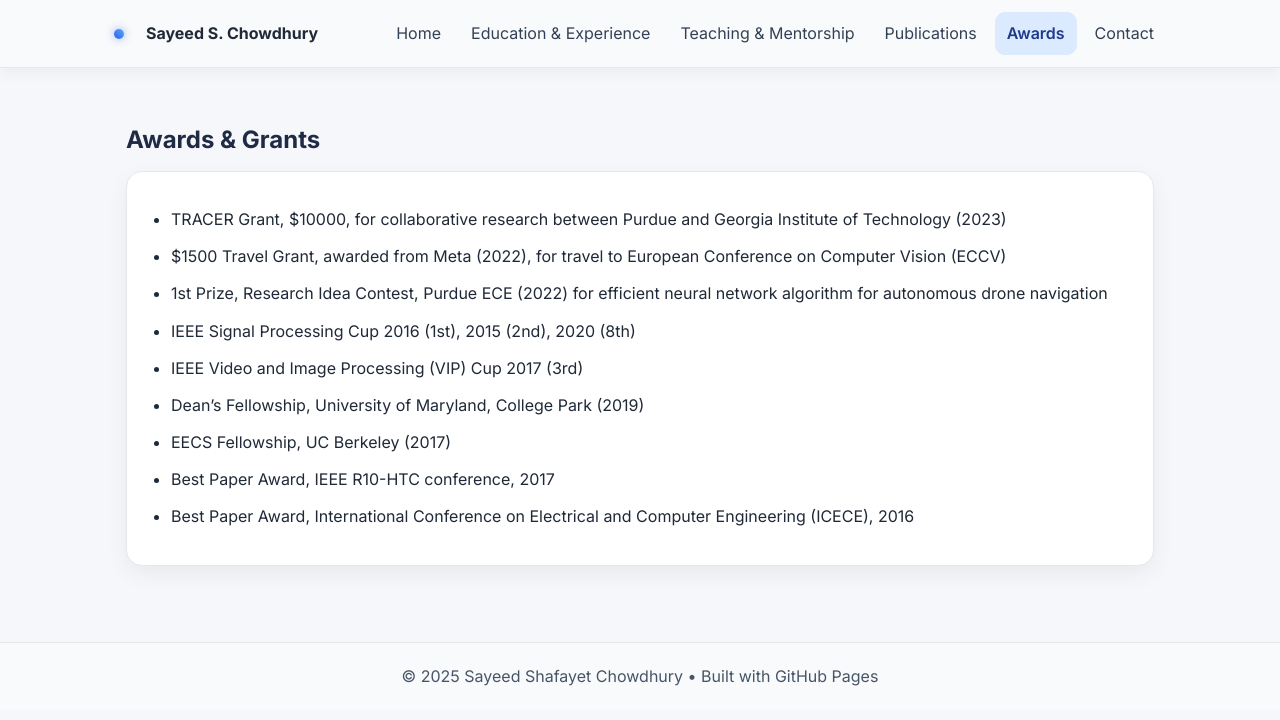
Repository: SayeedChowdhury/SayeedChowdhury.github.io
Page: awards.html
The author's editor kept a copy of each file at every save. The page is drawn from the files as they stood at one save, then again after the next save.
The browser window is 1280 px wide. The pictures show the whole page.

Above is the page before, as saved 2025-08-13 09:59:02.

After the next save:
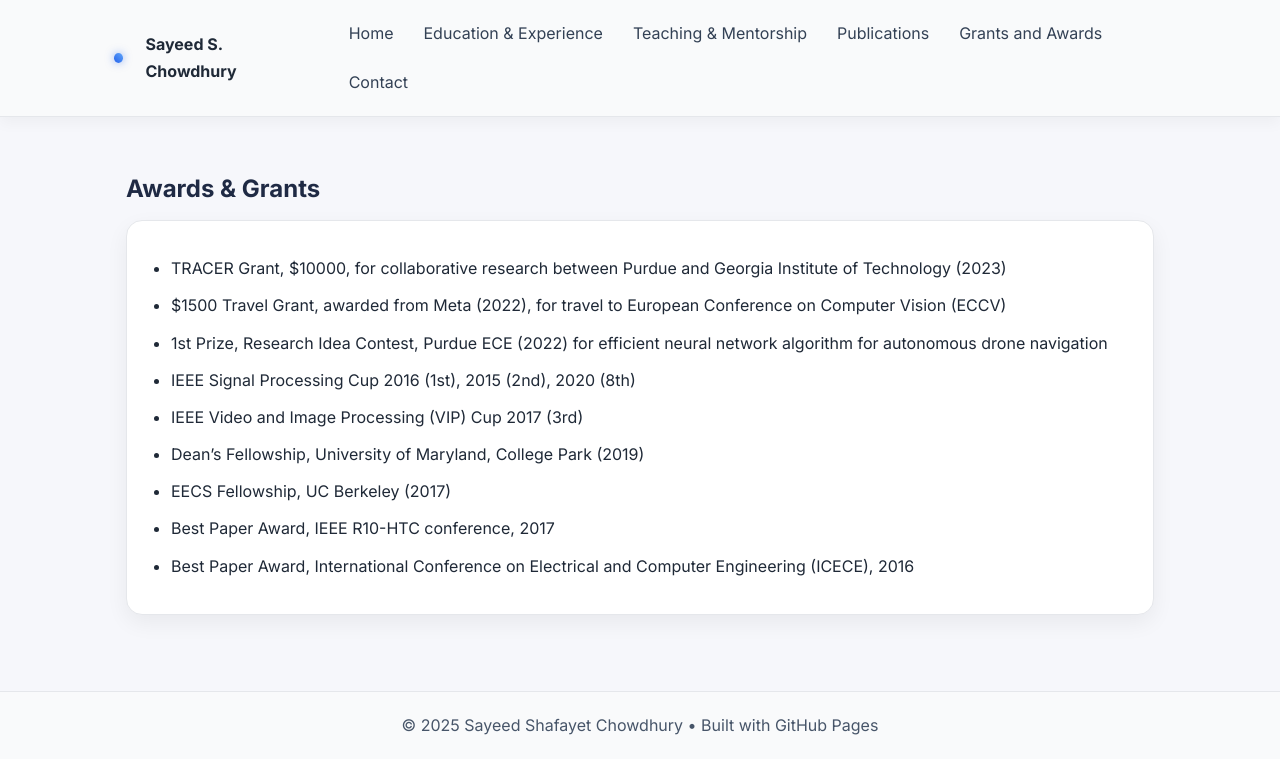
Saved 14 s later.
--- a/awards.html
+++ b/awards.html
@@ -19,7 +19,7 @@
       <a href="teaching.html" class="">Teaching & Mentorship</a>
       <!-- <a href="research.html" class="">Research</a> -->
       <a href="publications.html" class="">Publications</a>
-      <a href="awards.html" class="active">Awards</a>
+      <a href="awards.html" class="">Grants and Awards</a>
       <a href="contact.html" class="">Contact</a>
     </div>
   </div>
